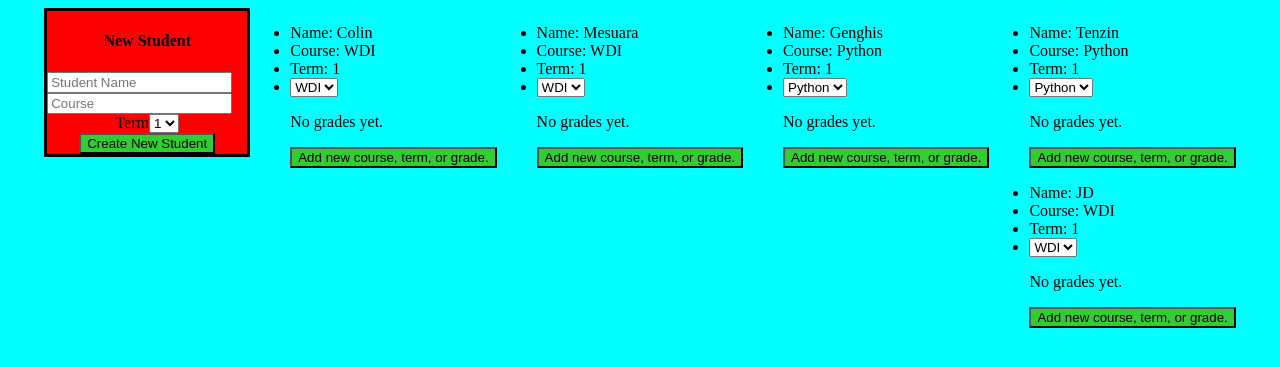
Repository: EdmontDantes/graderaide-ui
Page: index.html
An editor plug-in stored every save of this project. The page is shown before and after a run of saves, followed by the edit.
The browser window is 1280 px wide. The pictures show the whole page.

Above is the page before, as saved 2020-04-21 14:40:09.

After the next 3 saves:
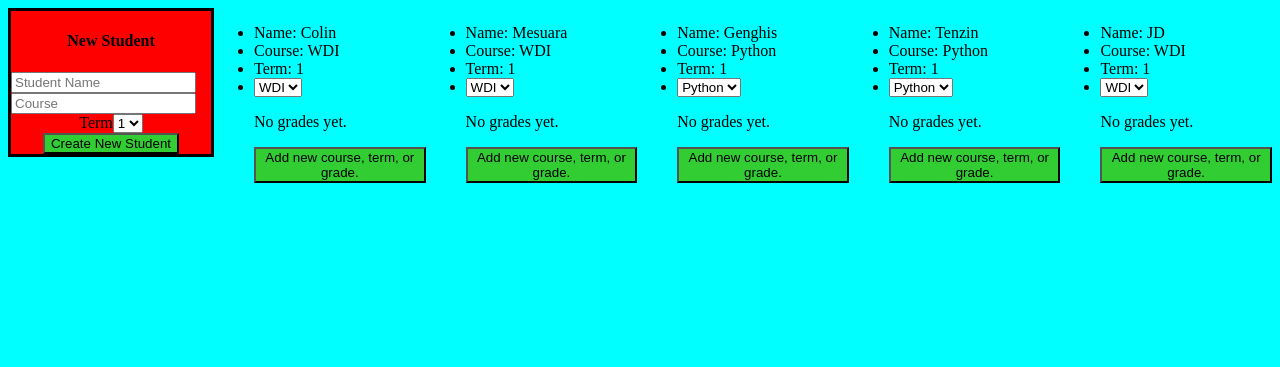
The 3 saves are shown as one change because they came seconds apart.
The last was saved 12 s later.
--- a/index.html
+++ b/index.html
@@ -87,6 +87,8 @@
             <p>No grades yet.</p>
           </li><button>Add new course, term, or grade.</button>
         </ul>
+      </section>
+      <section class="student-display">
         <ul class="student-info">
           <li>Name: JD</li>
           <li>Course: WDI</li>
